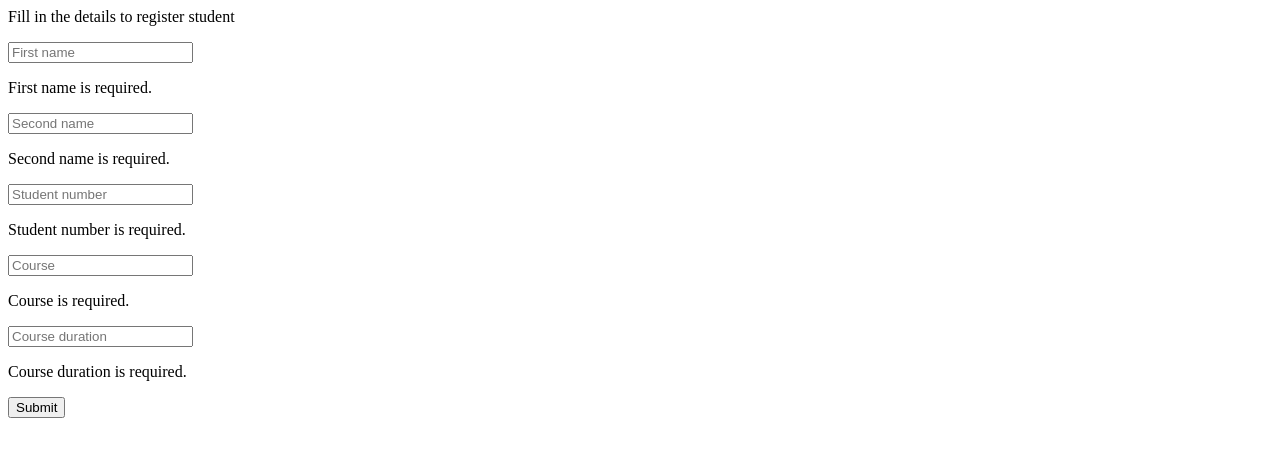
Repository: OdichDaniel/AutomaticAccessWeb
Page: http://localhost/AutomaticAccessSystem/WEB-INF/jsp/register.jsp
An editor plug-in stored every save of this project. The page is shown before and after the next save, followed by the edit.
The browser window is 1280 px wide. The pictures show the whole page.
The page is served by Tomcat 9. Nobody is signed in. Other server files are loaded and not shown. The template is opened directly, without the code that normally fills it, so the values that code supplies are empty.

Above is the page before, as saved 2016-05-19 09:48:13.

### AutomaticAccessSystem/WebContent/WEB-INF/jsp/register.jsp
<div class="form-div">

     <div><p>Fill in the details to register student</p></div>

	 <form class="submit-student-form" name="studentData" ng-submit="studentData.$valid && submitForm(studentData.$valid)" novalidate>
	 <div class="form-group">
	 <input type="text" name="firstName" ng-class="{'has-error': studentData.firstName.$invalid && !studentData.firstName.$pristine}" ng-model="firstName" placeholder="First name" class="form-control" required="required"/>
	 <p ng-class="{'firstname-error-text': studentData.firstName.$invalid && !studentData.firstName.$pristine}" ng-show="studentData.firstName.$invalid && !studentData.firstName.$pristine" class="help-block">First name is required.</p>
	 </div>

	 <div class="form-group">
	 <input type="text" name="secondName" ng-class="{'has-error': studentData.secondName.$invalid && !studentData.secondName.$pristine}" ng-model="secondName" placeholder="Second name" class="form-control" required="required"/>
	 <p ng-class="{'secondname-error-text': studentData.secondName.$invalid && !studentData.secondName.$pristine}" ng-show="studentData.secondName.$invalid && !studentData.secondName.$pristine" class="help-block">Second name is required.</p>
	 </div>

	  <div class="form-group">
	 <input type="text" name="studentNumber" ng-class="{'has-error': studentData.studentNumber.$invalid && !studentData.studentNumber.$pristine}" ng-model="studentNumber" placeholder="Student number" class="form-control" required="required"/>
	 <p ng-class="{'studentnumber-error-text': studentData.studentNumber.$invalid && !studentData.studentNumber.$pristine}" ng-show="studentData.studentNumber.$invalid && !studentData.studentNumber.$pristine" class="help-block">Student number is required.</p>
	 </div>


	 <div class="form-group">
	 <input type="text" ng-class="{'has-error': studentData.course.$invalid && !studentData.course.$pristine}" name="course" ng-model="course" placeholder="Course" class="form-control" required="required"/>
	 <p ng-class="{'course-error-text': studentData.course.$invalid && !studentData.course.$pristine}" ng-show="studentData.course.$invalid && !studentData.course.$pristine" class="help-block">Course is required.</p>
	 </div>

	 <div class="form-group">
	 <input type="text" name="courseDuration" ng-class="{'has-error': studentData.courseDuration.$invalid && !studentData.courseDuration.$pristine}" ng-model="courseDuration" placeholder="Course duration" class="form-control" required="required"/>
	 <p ng-class="{'courseduration-error-text': studentData.courseDuration.$invalid && !studentData.courseDuration.$pristine}" ng-show="studentData.courseDuration.$invalid && !studentData.courseDuration.$pristine" class="help-block">Course duration is required.</p>
	 </div>

	 <button type="submit" class="btn btn-primary" ng-disabled="studentData.$invalid">Submit</button>

	 </form>
	 </div>

After the next save:
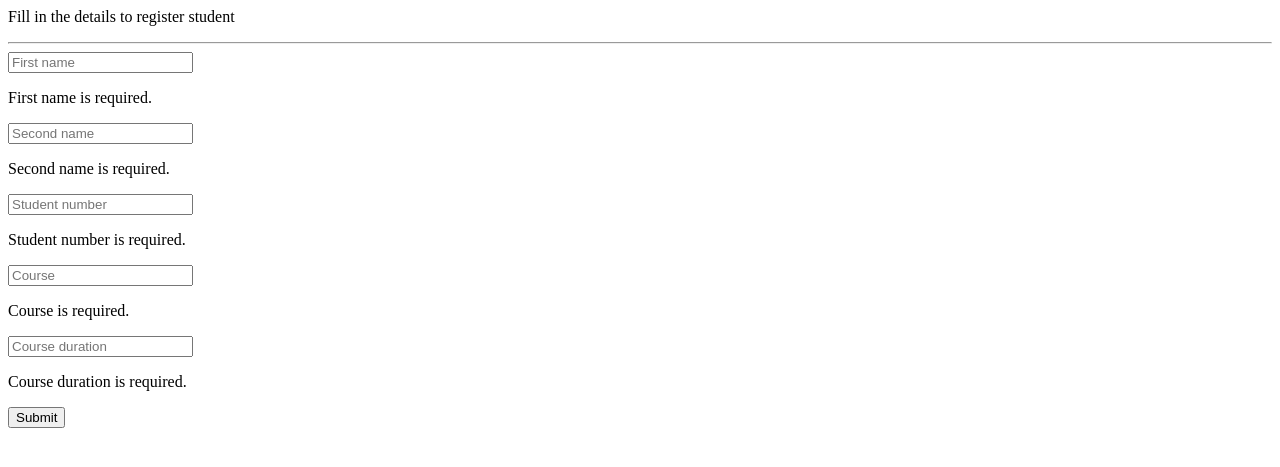
Saved 4 min 43 s later.
--- a/AutomaticAccessSystem/WebContent/WEB-INF/jsp/register.jsp
+++ b/AutomaticAccessSystem/WebContent/WEB-INF/jsp/register.jsp
@@ -1,6 +1,9 @@
 <div class="form-div">
 
-     <div><p>Fill in the details to register student</p></div>
+     <div>
+     <p id="register-message">Fill in the details to register student</p>
+     <hr id="horizontal-rule">
+     </div>
 
 	 <form class="submit-student-form" name="studentData" ng-submit="studentData.$valid && submitForm(studentData.$valid)" novalidate>
 	 <div class="form-group">
